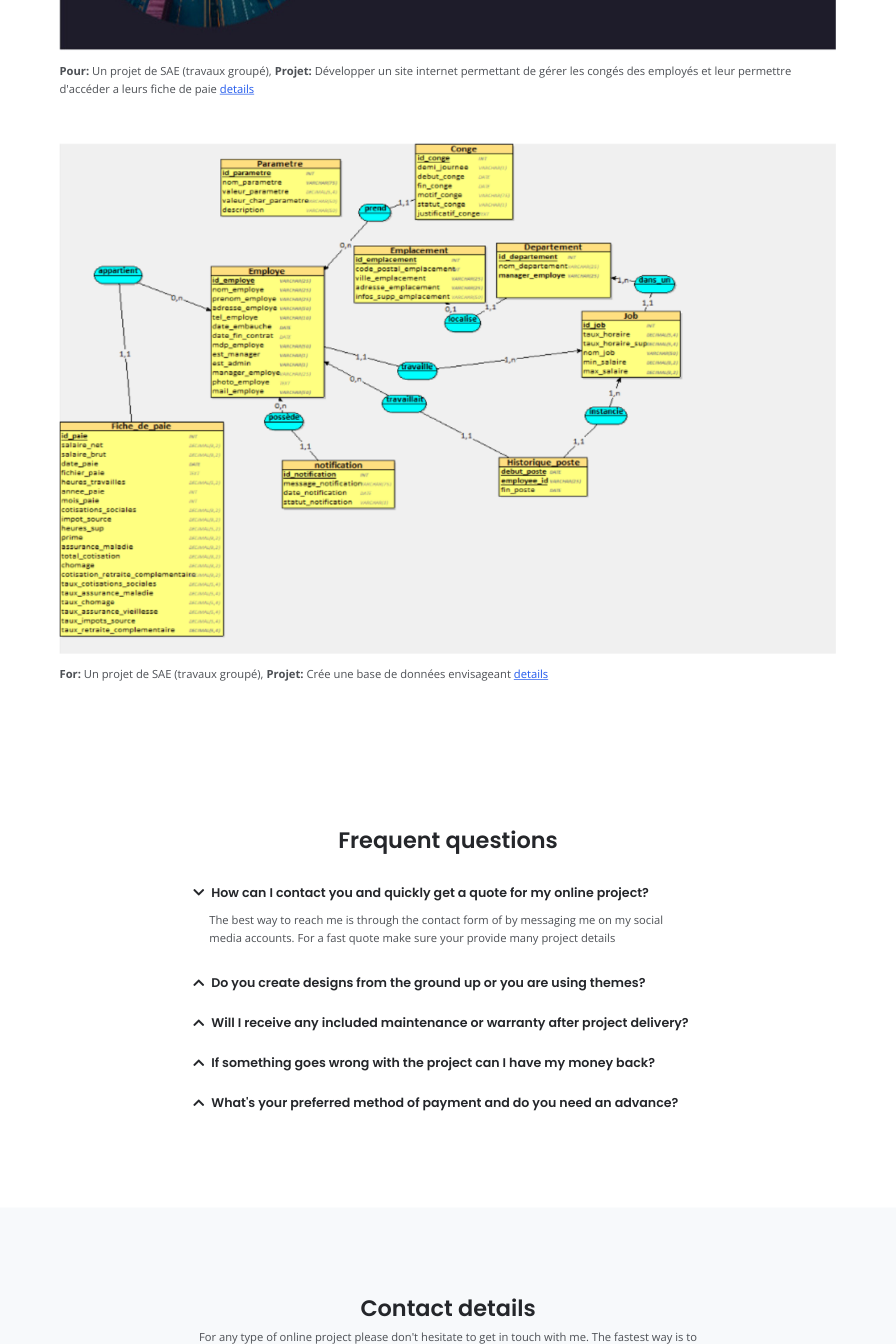
Repository: J2S80000/Portfolio
Page: index.html
An editor plug-in stored every save of this project. The page is shown before and after a run of saves, followed by the edit.
The browser window is 1280 px wide. The pictures show the part of the page from y = 4580 to 6500 px (the page is 7477 px tall), at 70% of full size.

Above is the page before, as saved 2025-05-05 17:39:23.

After the next 3 saves:
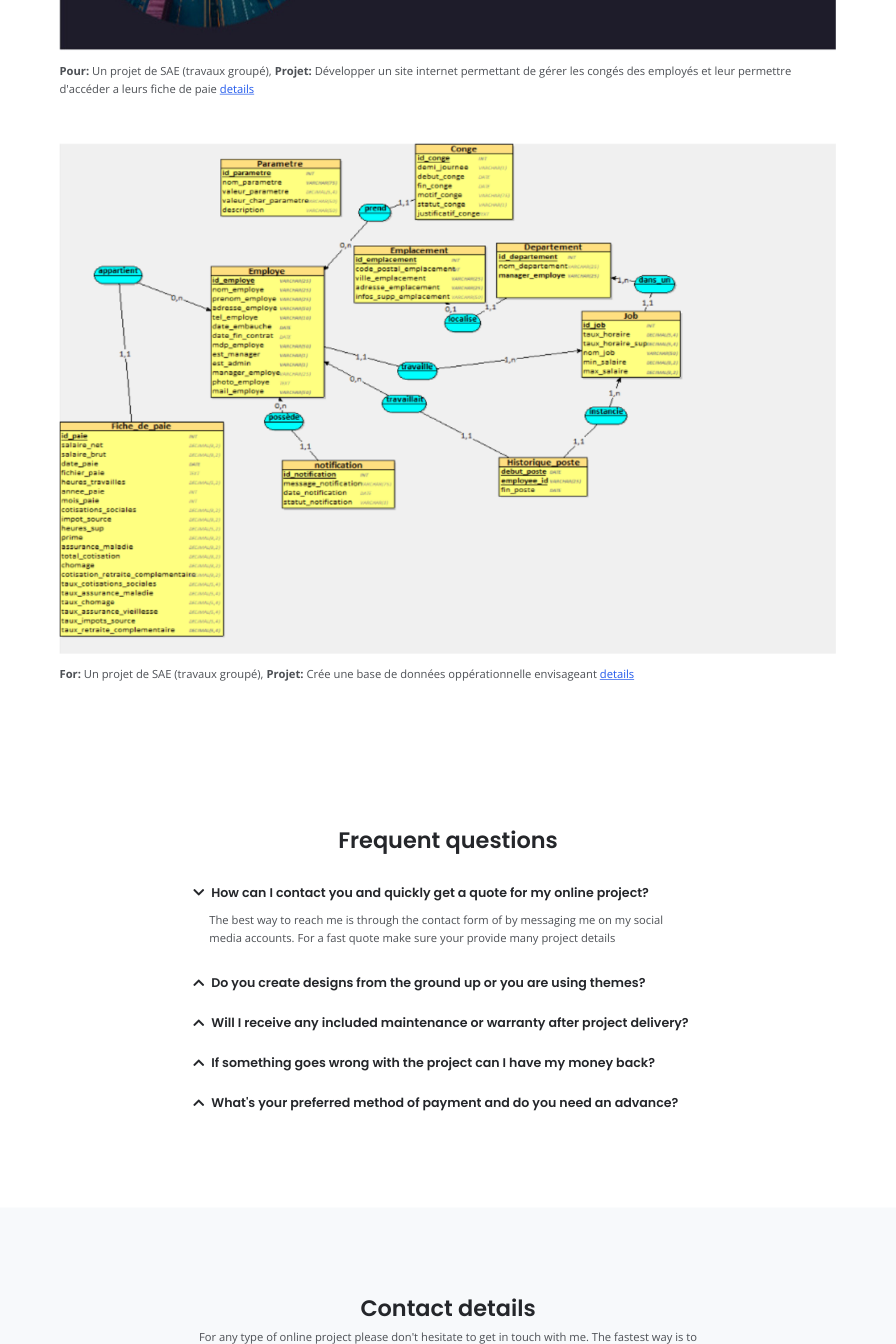
The 3 saves are shown as one change because they came seconds apart.
The last was saved 8 s later.
--- a/index.html
+++ b/index.html
@@ -252,7 +252,7 @@
                                 <img class="img-fluid" src="images/project-3.1.png" alt="alternative">
                             </a>
                         </div> <!-- end of image-container -->
-                        <p><strong>For:</strong> Un projet de SAE (travaux groupé), <strong>Projet:</strong> Crée une base de données envisageant <a class="blue" href="project.html">details</a></p>
+                        <p><strong>For:</strong> Un projet de SAE (travaux groupé), <strong>Projet:</strong> Crée une base de données oppérationnelle  envisageant <a class="blue" href="project.html">details</a></p>
                     </div> <!-- end of text-container -->
 
                 </div> <!-- end of col -->
